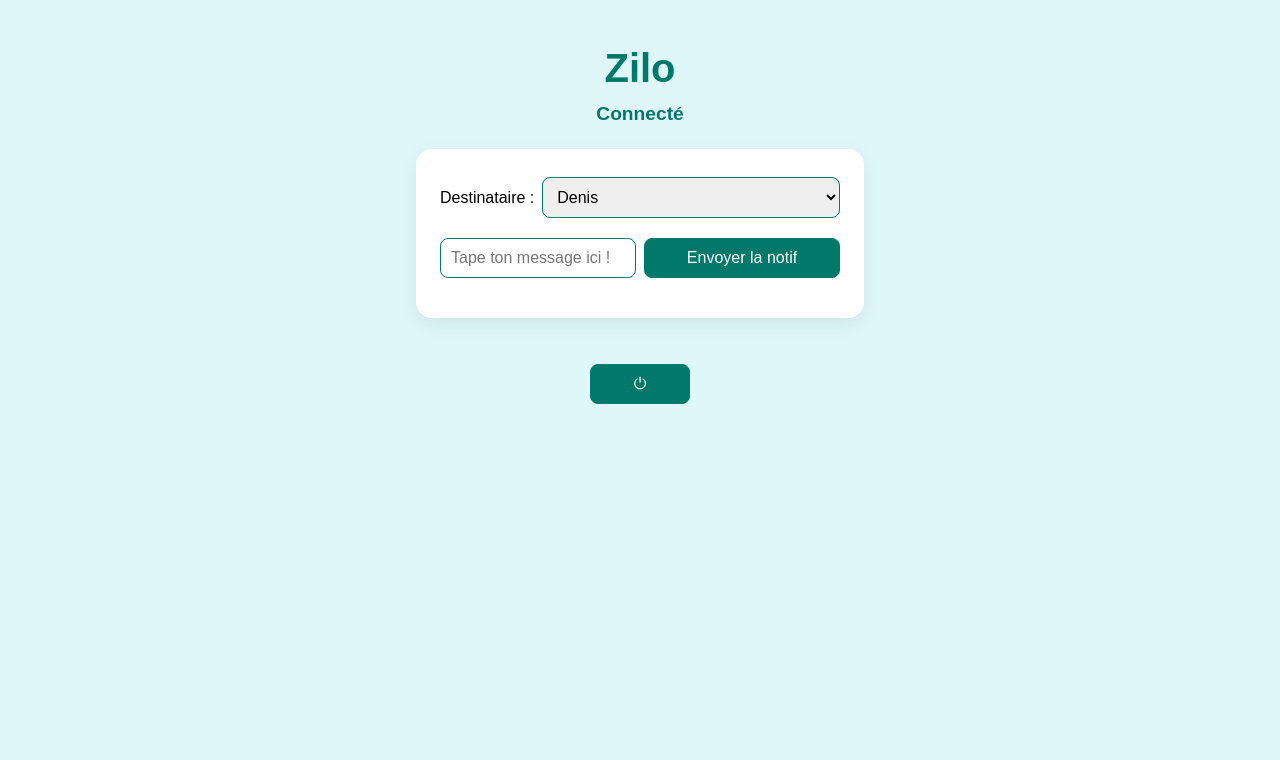
Repository: nlagardere/LumoNet
Page: public/index.html
These files come from the project's save history. The page is drawn as it stood at one moment and after a run of saves; the edit follows.
The browser window is 1280 px wide. The pictures show the whole page.

Above is the page before, as saved 2025-08-18 20:30:11.

### public/index.html
<!DOCTYPE html>
<html lang="fr">
<head>
  <meta charset="UTF-8" />
  <meta name="viewport" content="width=device-width, initial-scale=1.0" />
  <title>Zilo</title>
  <style>
    body {
      font-family: Arial, sans-serif;
      margin:0;
      padding:0;
      min-height:100vh;
      background:#e0f7fa;
      display:flex;
      flex-direction:column;
      align-items:center;
      padding-top:40px; /* espace en haut pour le header */
      overflow: hidden; /* empêche le scroll */
    }

    h1, h2 {
      color:#00796b;
      margin:6px 0;
      text-align:center;
    }

    h1 {
      font-size:2.5em;
    }

    h2 {
      font-size:1.2em;
      margin-bottom:24px;
    }

    .card {
      background:#fff;
      padding:24px;
      border-radius:16px;
      box-shadow:0 6px 18px rgba(0,0,0,0.08);
      width:80%;
      max-width:400px;
      display:flex;
      flex-direction:column;
      align-items:center;
      margin-left: 5%;
      margin-right: 5%;
    }

    .row {
      display:flex;
      gap:8px;
      flex-wrap:wrap;
      align-items:center;
      justify-content:center;
      width:100%;
      margin-bottom:12px;
    }

    select, input, button {
      margin:4px 0;
      padding:10px;
      font-size:16px;
      border-radius:8px;
      border:1px solid #00796b;
      flex:1;
      min-width:100px;
    }

    button {
      background:#00796b;
      color:#fff;
      cursor:pointer;
      transition: background 0.3s;
    }

    button:hover {
      background:#004d40;
    }

    .logout {
      position: absolute;
      top: 50%;
      display:flex;
      justify-content:center;
      align-items:center;
    }

    @media (max-width: 500px) {
      h1 { font-size:2em; }
      h2 { font-size:1em; }
      input, select, button { font-size:14px; padding:8px; }
    }
  </style>
</head>
<body>
  <h1>Zilo</h1>
  <h2 id="welcome">Connecté</h2>

  <div class="card">
    <div class="row">
      <label for="recipient">Destinataire :</label>
      <select id="recipient">
        <option value="denis">Denis</option>
        <option value="nathan">Nathan</option>
      </select>
    </div>

    <div class="row">
      <input id="message" type="text" placeholder="Tape ton message ici !" />
      <button id="send">Envoyer la notif</button>
    </div>
  </div>
  <div class="logout">
    <button id="logout">⏻</button>
  </div>

  <script>
    const messageInput = document.getElementById('message');

    async function send(){
      const recipient = document.getElementById('recipient').value;
      const message = messageInput.value.trim();
      if(!message){ alert('Écris un message !'); return; }

      const res = await fetch('/api/send', {
        method:'POST', headers:{'Content-Type':'application/json'},
        body: JSON.stringify({ recipient, message })
      });
      const data = await res.json();
      if(data.ok){
        messageInput.value = '';
        alert('Notification envoyée !');
      } else {
        if(res.status === 401){
          window.location.href = '/login.html';
        } else {
          alert('Erreur : ' + (data.error||'inconnue'));
        }
      }
    }

    async function logout(){
      await fetch('/api/logout');
      window.location.href = '/login.html';
    }

    document.getElementById('send').addEventListener('click', send);
    document.getElementById('logout').addEventListener('click', logout);
    messageInput.addEventListener('keydown', e => { if(e.key==='Enter') send(); });
  </script>
</body>
</html>

After the next 2 saves:
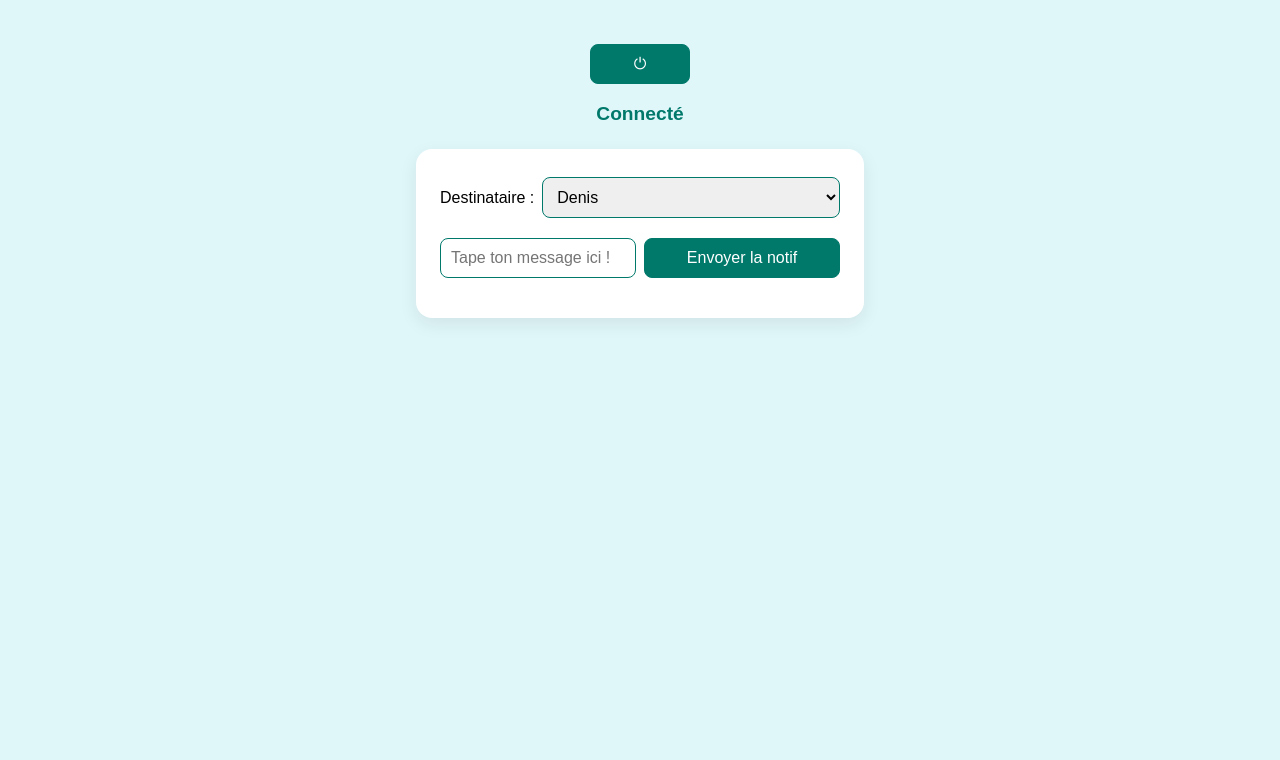
The 2 saves are shown as one change because they came seconds apart.
The last was saved 5 s later.
--- a/public/index.html
+++ b/public/index.html
@@ -80,7 +80,7 @@
 
     .logout {
       position: absolute;
-      top: 50%;
+
       display:flex;
       justify-content:center;
       align-items:center;

After the 4 saves that followed:
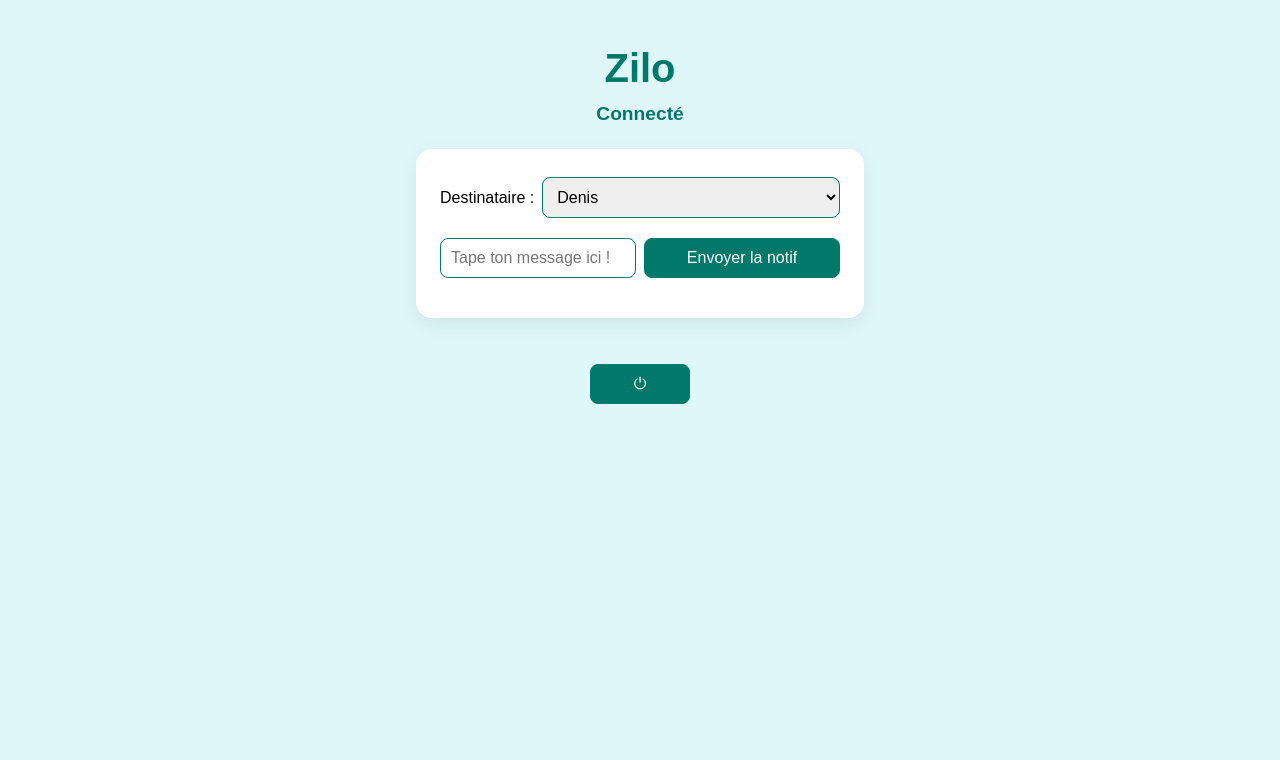
The 4 saves are shown as one change because they came seconds apart.
The last was saved 11 s later.
--- a/public/index.html
+++ b/public/index.html
@@ -80,7 +80,7 @@
 
     .logout {
       position: absolute;
-
+      top: 50%;
       display:flex;
       justify-content:center;
       align-items:center;
